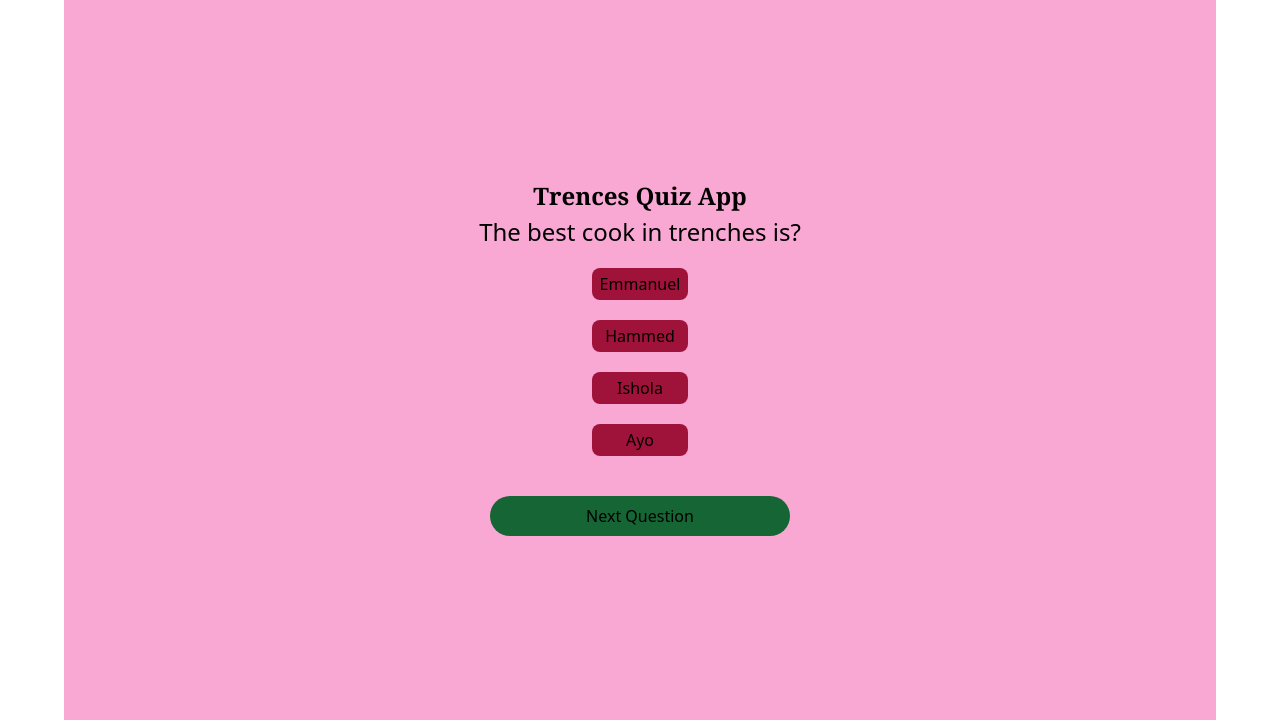
Repository: Semanmernstack/Quiz-react-app
Page: /, after clicking the first element matching `button`
These files come from the project's save history. The page is drawn as it stood at one moment and after the next save; the edit follows.
The browser window is 1280 px wide. The pictures show the whole page.
The project was rebuilt for these pictures with package versions that can differ from the ones it lists, and the page was loaded fresh each time. Also part of the build but not shown: src/components/End.js.

Above is the page before, as saved 2023-01-30 02:15:32.

After the next save:
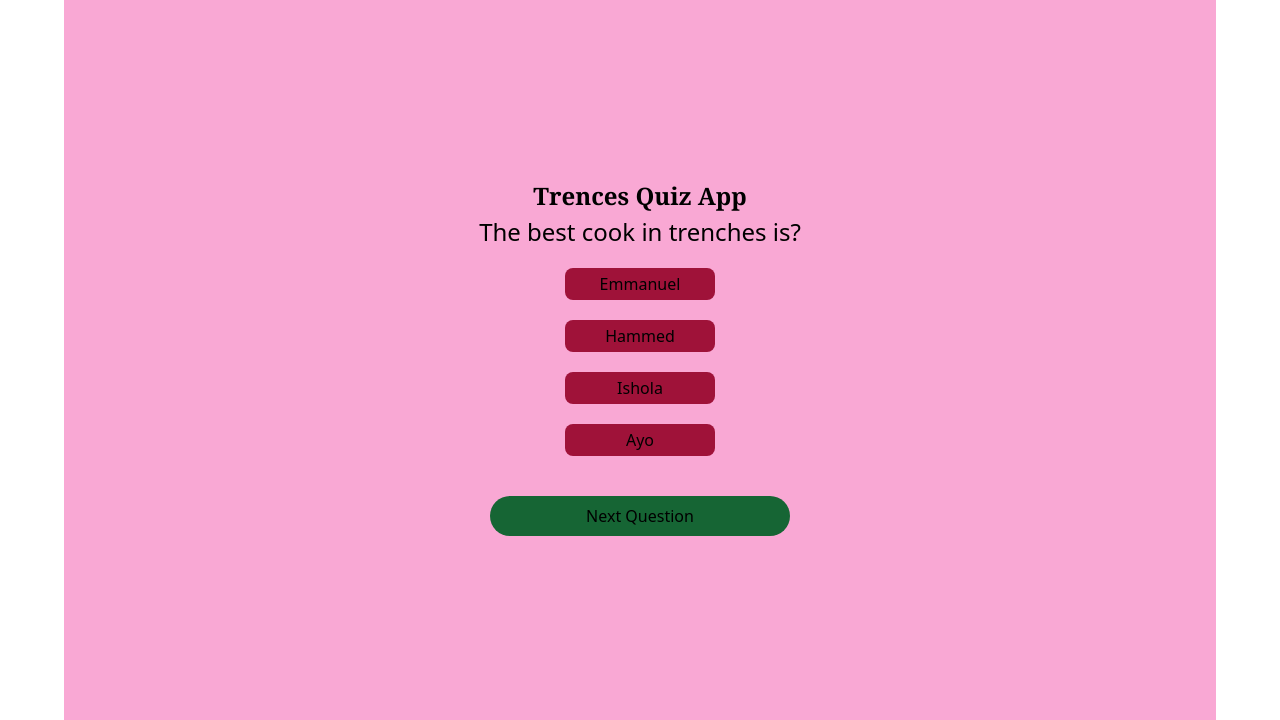
Saved 2 min 14 s later.
--- a/src/components/Quiz.js
+++ b/src/components/Quiz.js
@@ -31,10 +31,10 @@ function Quiz() {
     <div className=" p-1 rounded-xl   ">
         <h1 className="text-2xl">{Question[current].prompt}</h1>
         <div className="flex mt-5   cursor-pointer flex-col gap-5 items-center text-center">
-            <button onClick={() => setOption("A")} className="w-24 bg-rose-800 p-1  rounded-lg hover:bg-red-500">{Question[current].optionA}</button>
-            <button  onClick={() => setOption("B") } className="w-24 bg-rose-800 p-1 rounded-lg hover:bg-red-500">{Question[current].optionB}</button>
-            <button onClick={() => setOption("C")} className="w-24 bg-rose-800 p-1 rounded-lg hover:bg-red-500">{Question[current].optionC}</button>
-            <button onClick={() => setOption("D")} className="w-24 bg-rose-800 p-1 rounded-lg hover:bg-red-500">{Question[current].optionD}</button>
+            <button onClick={() => setOption("A")} className="w-[150px] bg-rose-800 p-1   rounded-lg hover:bg-red-500">{Question[current].optionA}</button>
+            <button  onClick={() => setOption("B") } className="w-[150px] bg-rose-800 p-1 rounded-lg hover:bg-red-500">{Question[current].optionB}</button>
+            <button onClick={() => setOption("C")} className="w-[150px] bg-rose-800 p-1 rounded-lg hover:bg-red-500">{Question[current].optionC}</button>
+            <button onClick={() => setOption("D")} className="w-[150px] bg-rose-800 p-1 rounded-lg hover:bg-red-500">{Question[current].optionD}</button>
         </div>
         <div>
           {current === Question.length - 1 ? (
